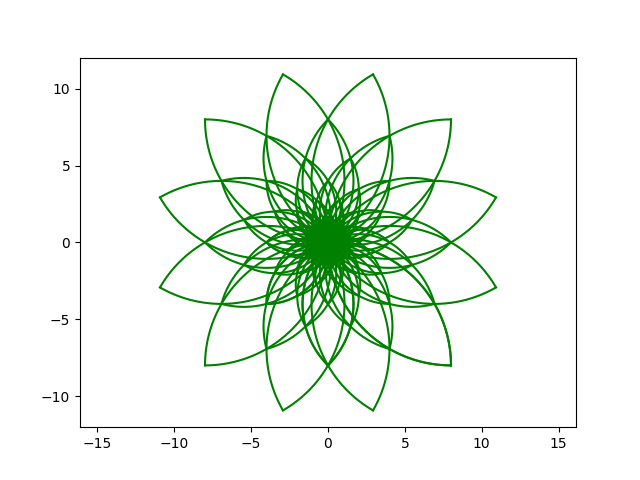
Repository: lbylzkx/Circle-Point-Manuscript
Script's output: python water-lily.py
An editor plug-in stored every save of this project. The script's output is shown before and after the next save, followed by the edit.
Random numbers start from a fixed seed.

Above is the script's output before, as saved 2023-10-01 16:03:15.

After the next save:
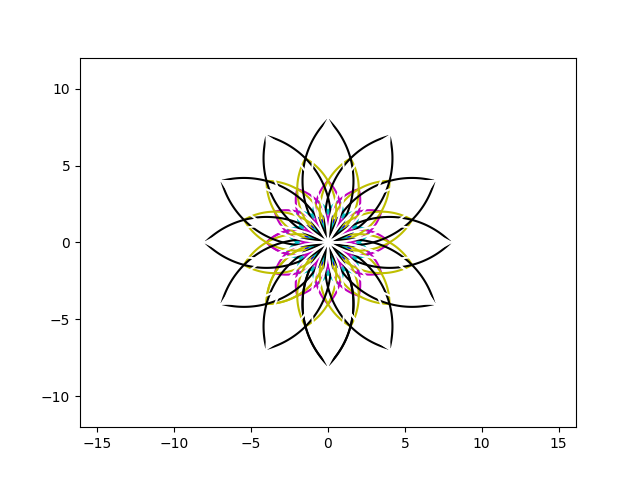
Saved 35 s later.
--- a/water-lily.py
+++ b/water-lily.py
@@ -70,15 +70,7 @@ color = ['r', 'g', 'b', 'c', 'm', 'y', 'k', 'w']
 
 for n in range(0, 8):
     for i in range(0, 13):
-        onepetal(n, i*np.pi/6, 'g')
-
-# for alpha in range(0, 12):
-#     for n in range(-10, 9):
-#         arc_inverse((loutus_x_center_inverse(n, alpha*np.pi/6), loutus_y_center_inverse(n, alpha*np.pi/6)),
-#                     (loutus_x_from_inverse(n, alpha*np.pi/6),
-#                      loutus_y_from_inverse(n, alpha*np.pi/6)),
-#                     (loutus_x_to_inverse(n, alpha*np.pi/6), loutus_y_to_inverse(n, alpha*np.pi/6)), 'y')
-
+        onepetal(n, i*np.pi/6, color[n])
 
 plt.axis('equal')
 plt.show()
